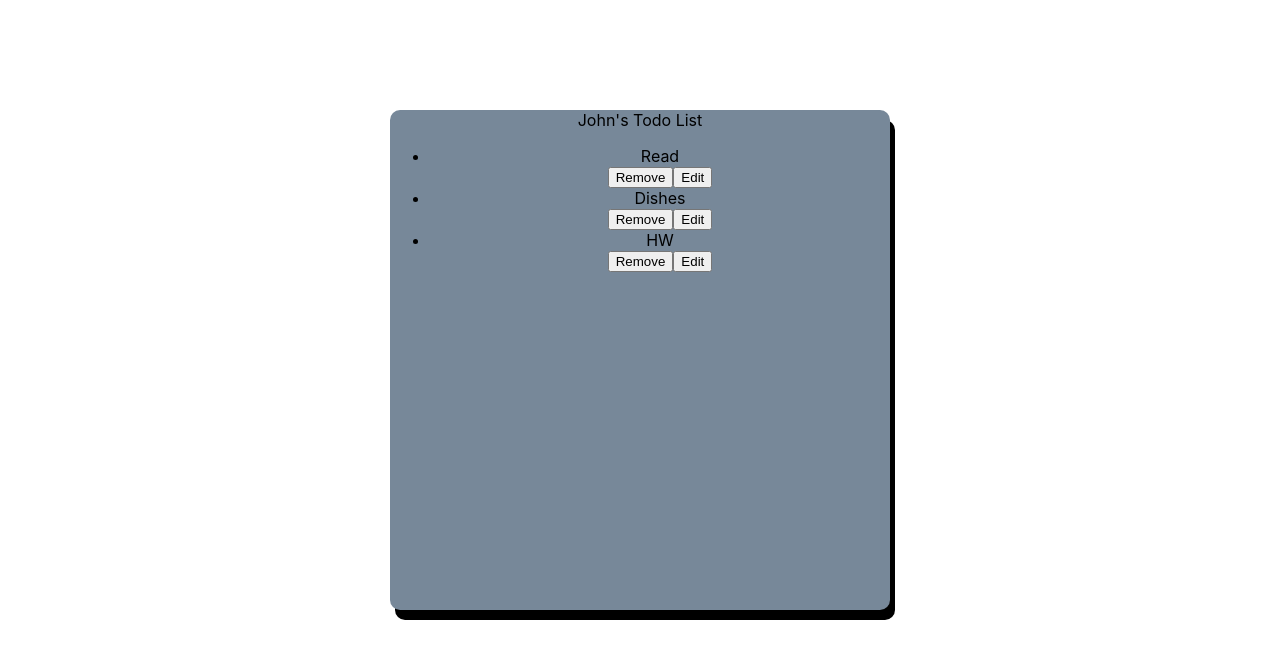
Repository: JohnKang0720/Simple-Todo-List
Page: /
An editor plug-in stored every save of this project. The page is shown before and after a run of saves, followed by the edit.
The browser window is 1280 px wide. The pictures show the whole page.
The project was rebuilt for these pictures with package versions that can differ from the ones it lists, and the page was loaded fresh each time.

Above is the page before, as saved 2021-05-25 07:15:21.

After the next 2 saves:
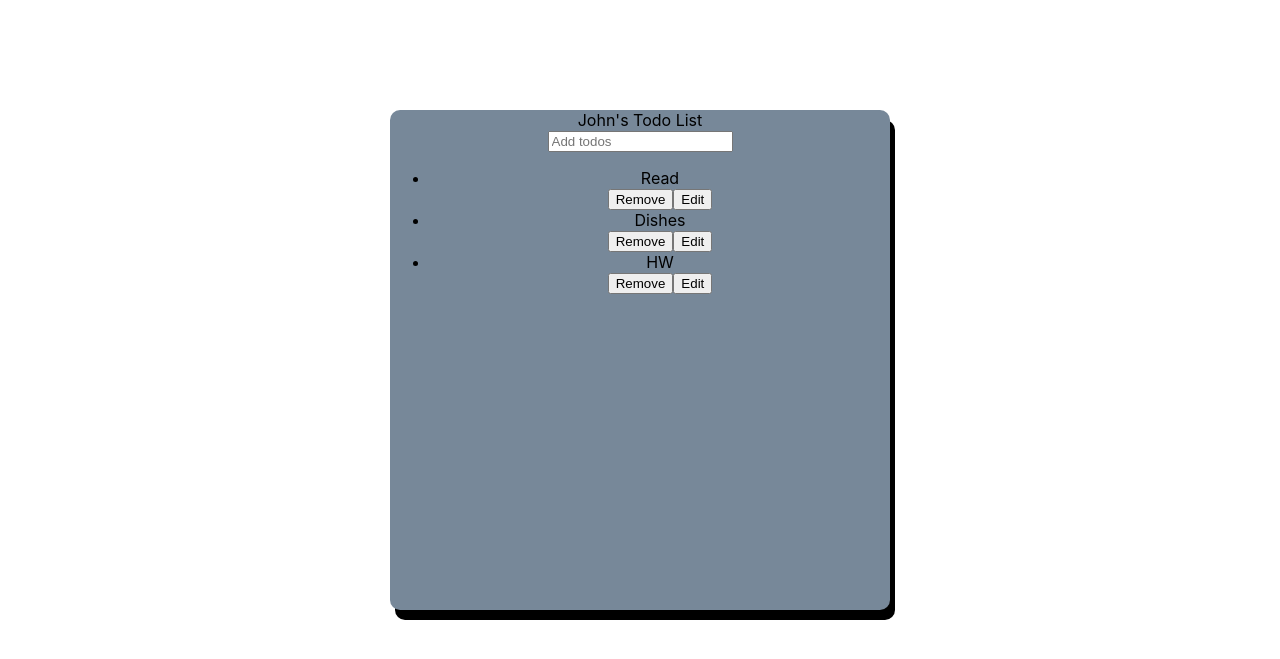
The 2 saves are shown as one change because 1 did not build or start.
The last was saved 67 s later.
--- a/src/Todoform.js
+++ b/src/Todoform.js
@@ -4,6 +4,10 @@ import List from './List'
 function Todoform() {
     const {input, addTask} = useContext(taskContext)
     return (
+        <div>
+       <form>
+           <input type = "text" placeholder = "Add todos" />
+       </form>
 
         <ul>
             {/* why does it have to be "input??" */}
@@ -16,7 +20,7 @@ function Todoform() {
             )
             })}
         </ul>
-
+        </div>
     )
 }
 
